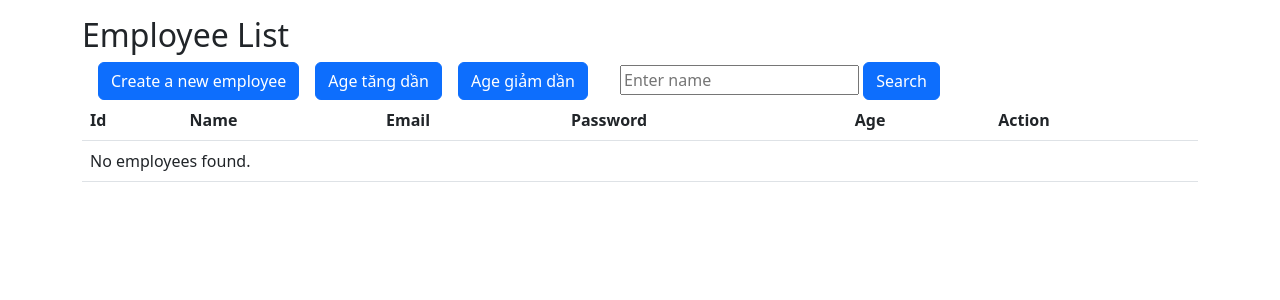
Repository: HoangLinh2001/PHP
Page: http://localhost/search_name.php
An editor plug-in stored every save of this project. The page is shown before and after the next save, followed by the edit.
The browser window is 1280 px wide. The pictures show the whole page.
The page is run by PHP 8.4 with error messages shown; the project is at /var/www/html/. Queries for data that is not in the repository find no rows.

Above is the page before, as saved 2023-06-21 15:28:26.

After the next save:
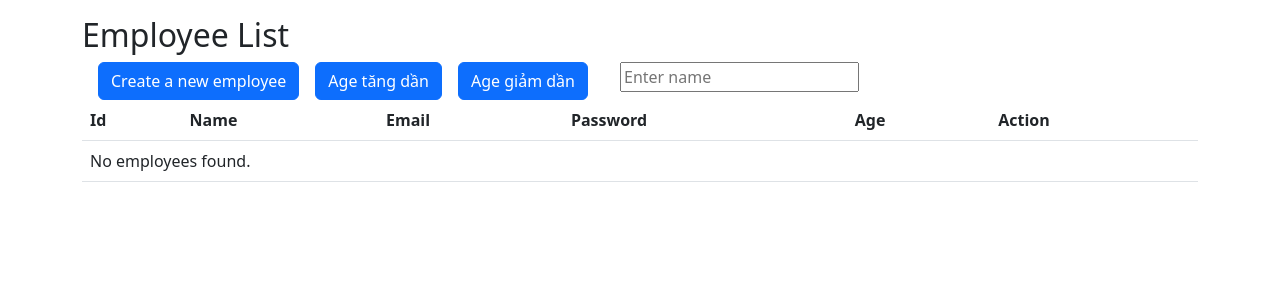
Saved 51 s later.
--- a/DEMOPHPBUOI2/search_name.php
+++ b/DEMOPHPBUOI2/search_name.php
@@ -43,7 +43,7 @@
             <a class="btn btn-primary" href="age_desc.php">Age giảm dần</a>
             <form action="search_name.php" method="GET" class="search-form">
                 <input type="text" name="search_name" placeholder="Enter name" />
-                <button type="submit" class="btn btn-primary">Search</button>
+                <!-- <button type="submit" class="btn btn-primary">Search</button> -->
             </form>
         </div>
         <table class="table">

After the save that followed:
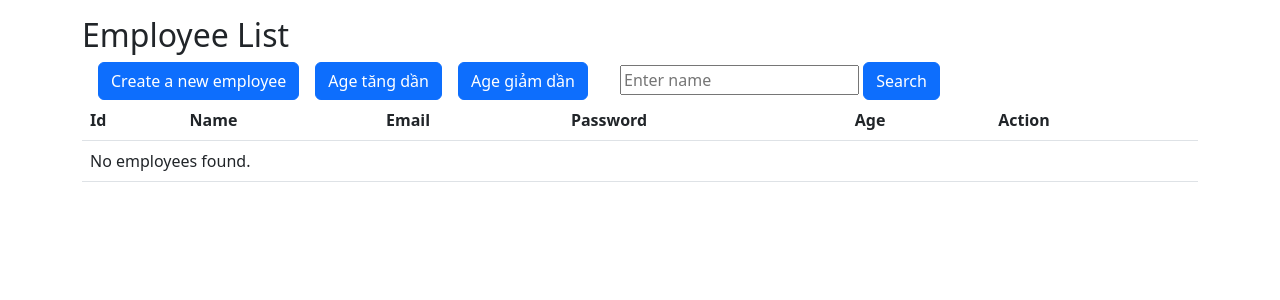
Saved 10 s later.
--- a/DEMOPHPBUOI2/search_name.php
+++ b/DEMOPHPBUOI2/search_name.php
@@ -43,7 +43,7 @@
             <a class="btn btn-primary" href="age_desc.php">Age giảm dần</a>
             <form action="search_name.php" method="GET" class="search-form">
                 <input type="text" name="search_name" placeholder="Enter name" />
-                <!-- <button type="submit" class="btn btn-primary">Search</button> -->
+                <button type="submit" class="btn btn-primary">Search</button>
             </form>
         </div>
         <table class="table">
